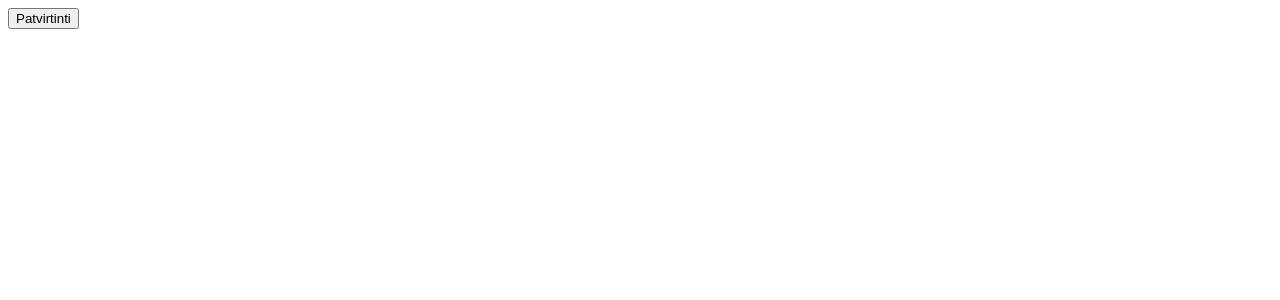
Repository: motiejus1/08-paskaita-PHP-05.31
Page: http://localhost/2uzduotis.php
These files come from the project's save history. The page is drawn as it stood at one moment and after the next save; the edit follows.
The browser window is 1280 px wide. The pictures show the whole page.
The page is run by PHP 8.4 with error messages shown; the project is at /var/www/html/.

Above is the page before, as saved 2021-07-31 13:11:00.

### 2uzduotis.php
<!DOCTYPE html>
<html lang="en">
<head>
    <meta charset="UTF-8">
    <meta http-equiv="X-UA-Compatible" content="IE=edge">
    <meta name="viewport" content="width=device-width, initial-scale=1.0">
    <title>2 uzduotis</title>
</head>
<body>

    <form action="2uzduotis.php" action="get">
        <button type="submit" name="patvirtinti">Patvirtinti</button>
    </form>
    <?php

    function sukurtiElementa() {
        //javascript - kiekkviena karta paspaudus elementas prisikabina prie tevinio elemento

        //PHP sausainiukus

        //paspaudziam mygtuka, pasipildo masyvas, masyvas isiraso i Cookie,
        //kito paspaudimo metu pasiemama sena Cookie reiksme ir procesas kartojas

        //Jeigu sita mygtuka isivaizduotume kaip skaitikli
        //paspaudes mygtuka prie kazkokio kintamojo pridesiu +1
        //ir sita reiksme irasysiu i Cookie



        return "Labas";
    }

    if(isset($_GET["patvirtinti"])) {
        sukurtiElementa();
    }

    // 2. Sukurkite funkciją, kuri mygtuko paspaudimu,
    // sukuria div elementą su klase "elementas-{index}". {index} = elemento numeris
    //elementas-1
    //elementas-2


    ?>
</body>
</html>

After the next save:
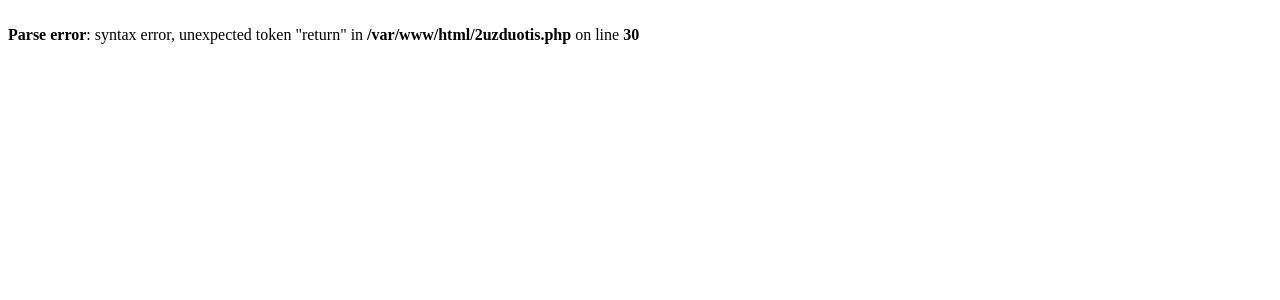
Saved 4 s later.
--- a/2uzduotis.php
+++ b/2uzduotis.php
@@ -25,7 +25,7 @@
         //paspaudes mygtuka prie kazkokio kintamojo pridesiu +1
         //ir sita reiksme irasysiu i Cookie
 
-
+        $skaitiklis =
 
         return "Labas";
     }

After the save that followed:
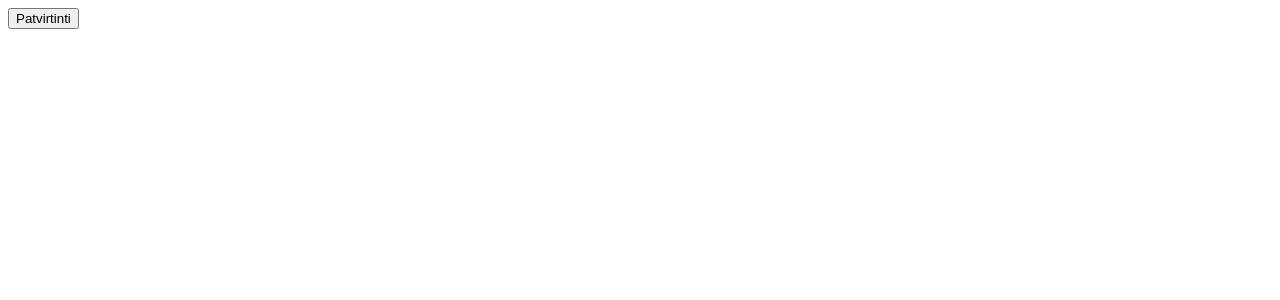
Saved 5 s later.
--- a/2uzduotis.php
+++ b/2uzduotis.php
@@ -25,7 +25,8 @@
         //paspaudes mygtuka prie kazkokio kintamojo pridesiu +1
         //ir sita reiksme irasysiu i Cookie
 
-        $skaitiklis =
+        $skaitiklis = 0;
+
 
         return "Labas";
     }
